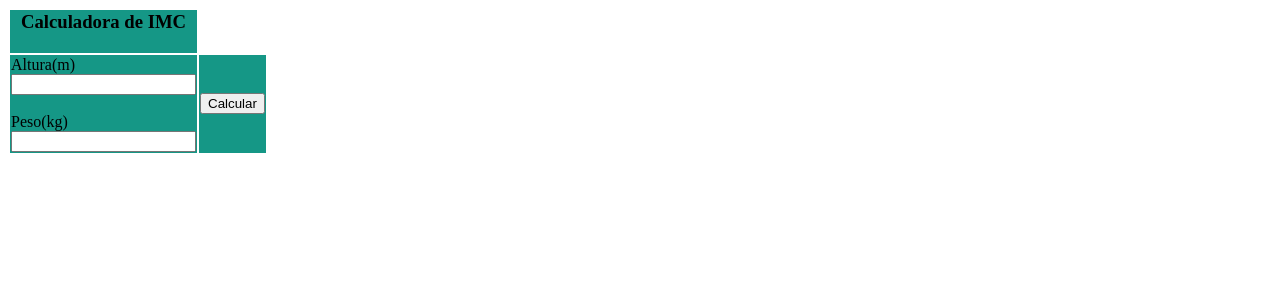
Repository: Patriciamativi/Projetos
Page: index.html
These files come from the project's save history. The page is drawn as it stood at one moment and after a run of saves; the edit follows.
The browser window is 1280 px wide. The pictures show the whole page.

Above is the page before, as saved 2022-11-21 14:29:01.

After the next 2 saves:
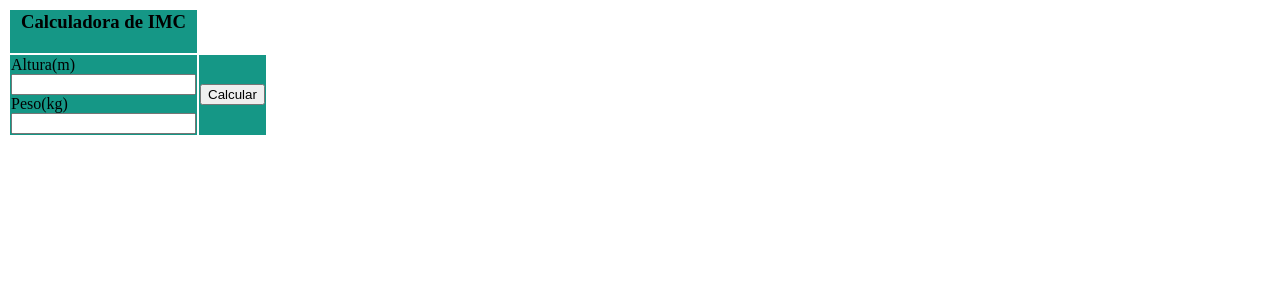
The 2 saves are shown as one change because they came seconds apart.
The last was saved 6 s later.
--- a/index.html
+++ b/index.html
@@ -20,7 +20,7 @@
             <th><h3>Calculadora de IMC</h3></th></tr>
 
         <td>Altura(m)<br/>
-            <input type: "number" ><br></br>
+            <input type: "number" > </br>
             Peso(kg)<br/>
             <input type: "number" > </br></td>
 
